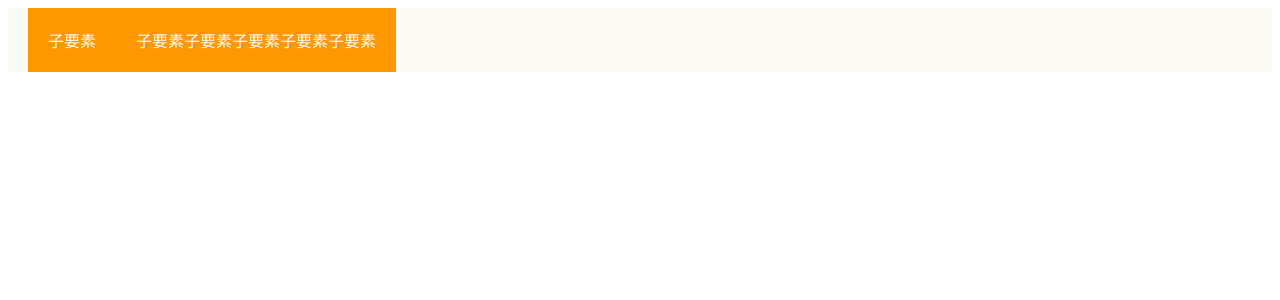
Repository: kyomufire/Potepan_kadai1
Page: Potepan Lessons/index4.html
The author's editor kept a record of every edit. The page is drawn from the files as they stood at one moment, then again after the next edit.
The browser window is 1280 px wide. The pictures show the whole page.

Above is the page before.

After the next edit:
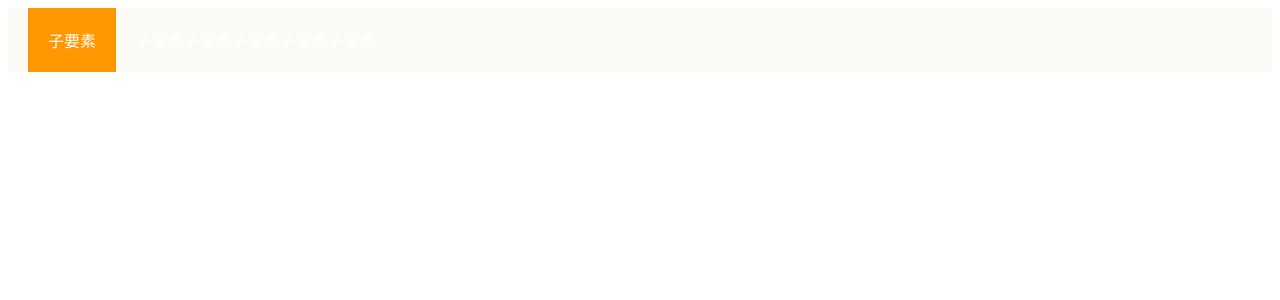
The edit:
--- a/Potepan Lessons/test4.css
+++ b/Potepan Lessons/test4.css
@@ -15,7 +15,6 @@
   color: #fff;
   display: flex;
   padding: 20px;
-  background-color: #ff9800;
 
   justify-content: space-between;
 }

After the 2 edits that followed:
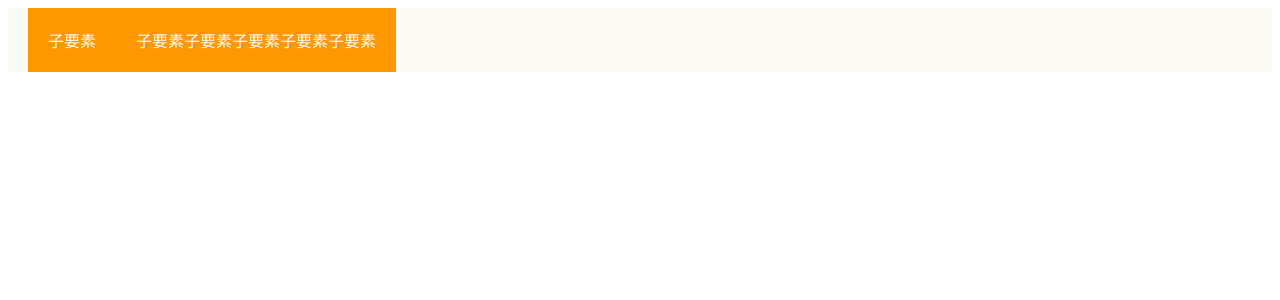
The 2 edits are shown as one change because 1 left the picture as it was.
The edit:
--- a/Potepan Lessons/test4.css
+++ b/Potepan Lessons/test4.css
@@ -15,6 +15,8 @@
   color: #fff;
   display: flex;
   padding: 20px;
-
+  background-color: #ff9800;
   justify-content: space-between;
 }
+
+.ContentRight
